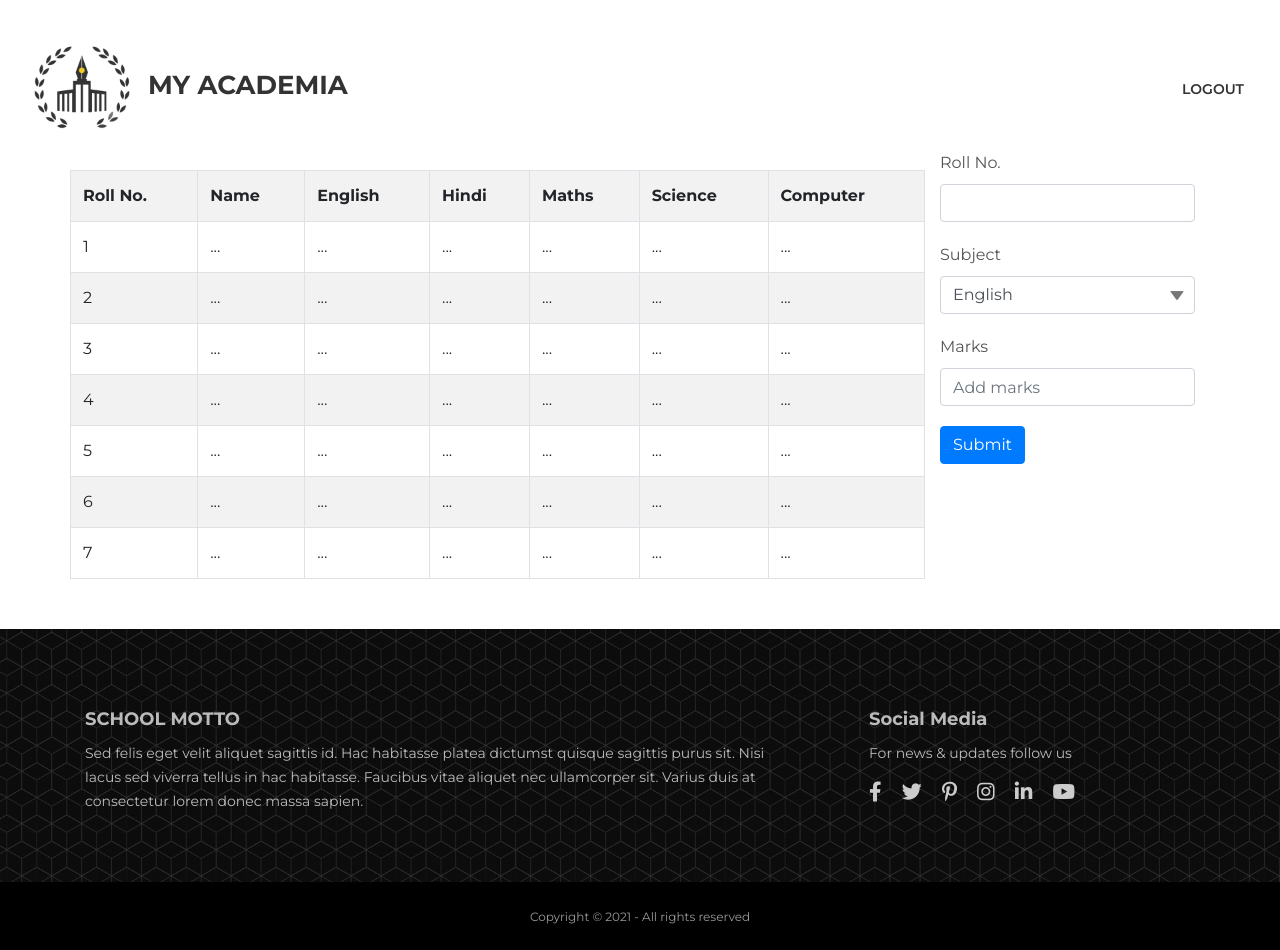
Repository: SaxenaAbhay/DBMS2023
Page: http://localhost/score
These files come from the project's save history. The page is drawn as it stood at one moment and after the next save; the edit follows.
The browser window is 1280 px wide. The pictures show the whole page.
The page is this project's Thymeleaf template; nobody is signed in. The template is opened directly, without the code that normally fills it, so the values that code supplies are empty.

Above is the page before, as saved 2023-10-21 14:46:55.

### school-managment-system/src/main/resources/templates/score.html
<!DOCTYPE html>
<html lang="en">
    <head>
        <meta charset="utf-8">
        <meta name="viewport" content="width=device-width, initial-scale=1, shrink-to-fit=no">

        <!-- SEO Meta Tags -->
        <meta name="description" content="My Academia">
        <meta name="keywords" content="school website, responsive">
        <meta name="author" content="Yashwini Bansal">

        <!-- Website Title -->
        <title>My Academia</title>

        <link href="https://fonts.googleapis.com/css?family=Montserrat:400,400i,600,700,700i&display=swap" rel="stylesheet">

        <link href="css/bootstrap.css" rel="stylesheet">
        <link href="css/fontawesome-all.css" rel="stylesheet">
        <link href="css/swiper.css" rel="stylesheet">
        <link href="css/styles.css" rel="stylesheet">

        <link rel="icon" href="images/logo2.jpg">

        <!-- Scripts -->
        <script src="js/jquery.min.js" defer></script>
        <script src="js/popper.min.js" defer></script>
        <script src="js/bootstrap.min.js" defer></script>
        <script src="js/jquery.easing.min.js" defer></script>
        <script src="js/swiper.min.js" defer></script>
        <script src="js/validator.min.js" defer></script>
        <script src="js/scripts.js" defer></script>
    </head>
    <body  data-spy="scroll"  data-target=".fixed-top">

        <!-- Preloader -->
        <div class="spinner-wrapper">
            <div class="spinner">
                <div class="bounce1"></div>
                <div class="bounce2"></div>
                <div class="bounce3"></div>
            </div>
        </div>
        <!-- end of preloader -->


        <!-- Navigation -->
        <nav class="navbar navbar-expand-lg navbar-dark navbar-custom fixed-top">

            <!-- Logo -->
            <a class="navbar-brand logo-image" href="./index.html"><img src="./images/logo.jpg"></a><h3>MY ACADEMIA</h3>

            <!-- Mobile Menu Toggle Button -->
            <button class="navbar-toggler" type="button" data-toggle="collapse" data-target="#navbarsExampleDefault" aria-controls="navbarsExampleDefault" aria-expanded="false" aria-label="Toggle navigation">
                <span class="navbar-toggler-awesome fas fa-bars"></span>
                <span class="navbar-toggler-awesome fas fa-times"></span>
            </button>
            <!-- end of mobile menu toggle button -->

            <div class="collapse navbar-collapse" id="navbarsExampleDefault">
                <ul class="navbar-nav ml-auto">
                    <!--<li class="nav-item">
                        <a class="nav-link page-scroll" href="./teachers.html">PROFILE</a>
                    </li>-->
                    <li class="nav-item">
                        <a class="nav-link page-scroll" href="#">LOGOUT</a>
                    </li>
                </ul>
            </div>
        </nav>

        <div class="container">
            <div class="row">
                <table class="table table-striped table-bordered table-hover table-condensed col-md-9">
                <tr>
                    <th>Roll No.</th>
                    <th>Name</th>
                    <th>English</th>
                    <th>Hindi</th>
                    <th>Maths</th>
                    <th>Science</th>
                    <th>Computer</th>
                </tr>
                <tr>
                    <td>1</td>
                    <td>...</td>
                    <td>...</td>
                    <td>...</td>
                    <td>...</td>
                    <td>...</td>
                    <td>...</td>
                </tr>
                <tr>
                    <td>2</td>
                    <td>...</td>
                    <td>...</td>
                    <td>...</td>
                    <td>...</td>
                    <td>...</td>
                    <td>...</td>
                </tr>
                <tr>
                    <td>3</td>
                    <td>...</td>
                    <td>...</td>
                    <td>...</td>
                    <td>...</td>
                    <td>...</td>
                    <td>...</td>
                </tr>
                <tr>
                    <td>4</td>
                    <td>...</td>
                    <td>...</td>
                    <td>...</td>
                    <td>...</td>
                    <td>...</td>
                    <td>...</td>
                </tr>
                <tr>
                    <td>5</td>
                    <td>...</td>
                    <td>...</td>
                    <td>...</td>
                    <td>...</td>
                    <td>...</td>
                    <td>...</td>
                </tr>
                <tr>
                    <td>6</td>
                    <td>...</td>
                    <td>...</td>
                    <td>...</td>
                    <td>...</td>
                    <td>...</td>
                    <td>...</td>
                </tr>
                <tr>
                    <td>7</td>
                    <td>...</td>
                    <td>...</td>
                    <td>...</td>
                    <td>...</td>
                    <td>...</td>
                    <td>...</td>
                </tr>
                </table>

                <form class="col-md-3 teach-form">
                    <div class="form-group">
                    <label>Roll No.</label>
                    <input type="text" class="form-control">
                    </div>

                    <div class="form-group">
                    <label>Subject</label>
                    <select class="form-control">
                        <option value="english">English</option>
                        <option value="hindi">Hindi</option>
                        <option value="maths">Maths</option>
                        <option value="science">Science</option>
                        <option value="computer">Computer</option>
                    </select>
                    </div>

                    <div class="form-group">
                        <label>Marks</label>
                        <input type="email" class="form-control" placeholder="Add marks">
                    </div>

                    <button type="submit" class="btn btn-default btn-primary">Submit</button>
                </form>
            </div>
          </div>

        <!-- Footer -->
        <div class="footer">
            <div class="container">
                <div class="row">
                    <div class="col-md-8">
                        <div class="footer-col first">
                            <h5>SCHOOL MOTTO</h5>
                            <p class="p-small">Sed felis eget velit aliquet sagittis id. Hac habitasse platea dictumst quisque sagittis purus sit. Nisi lacus sed viverra tellus in hac habitasse. Faucibus vitae aliquet nec ullamcorper sit. Varius duis at consectetur lorem donec massa sapien.</p>
                        </div>
                    </div> <!-- end of col -->
                    <div class="col-md-4">
                        <div class="footer-col fourth">
                            <h5>Social Media</h5>
                            <p class="p-small">For news & updates follow us</p>
                            <a href="#your-link">
                                <i class="fab fa-facebook-f"></i>
                            </a>
                            <a href="#your-link">
                                <i class="fab fa-twitter"></i>
                            </a>
                            <a href="#your-link">
                                <i class="fab fa-pinterest-p"></i>
                            </a>
                            <a href="#your-link">
                                <i class="fab fa-instagram"></i>
                            </a>
                            <a href="#your-link">
                                <i class="fab fa-linkedin-in"></i>
                            </a>
                            <a href="#your-link">
                                <i class="fab fa-youtube"></i>
                            </a>
                        </div>
                    </div> <!-- end of col -->
                </div> <!-- end of row -->
            </div> <!-- end of container -->
        </div> <!-- end of footer -->
        <!-- end of footer -->


        <!-- Copyright -->
        <div class="copyright">
            <div class="container">
                <div class="row">
                    <div class="col-lg-12">
                        <p class="p-small">Copyright © 2021 - All rights reserved</p>
                    </div> <!-- end of col -->
                </div> <!-- enf of row -->
            </div> <!-- end of container -->
        </div> <!-- end of copyright -->
        <!-- end of copyright -->
    </body>
</html>

Loaded but not shown: school-managment-system/src/main/resources/static/css/bootstrap.css (library); school-managment-system/src/main/resources/static/css/fontawesome-all.css (library); school-managment-system/src/main/resources/static/css/swiper.css (library); school-managment-system/src/main/resources/static/js/jquery.min.js (library); school-managment-system/src/main/resources/static/js/popper.min.js (library); school-managment-system/src/main/resources/static/js/bootstrap.min.js (library); school-managment-system/src/main/resources/static/js/jquery.easing.min.js (library); school-managment-system/src/main/resources/static/js/swiper.min.js (library); school-managment-system/src/main/resources/static/js/validator.min.js (library); school-managment-system/src/main/resources/static/js/scripts.js (177 lines, source omitted); school-managment-system/src/main/resources/static/css/styles.css (1735 lines, source omitted)

After the next save:
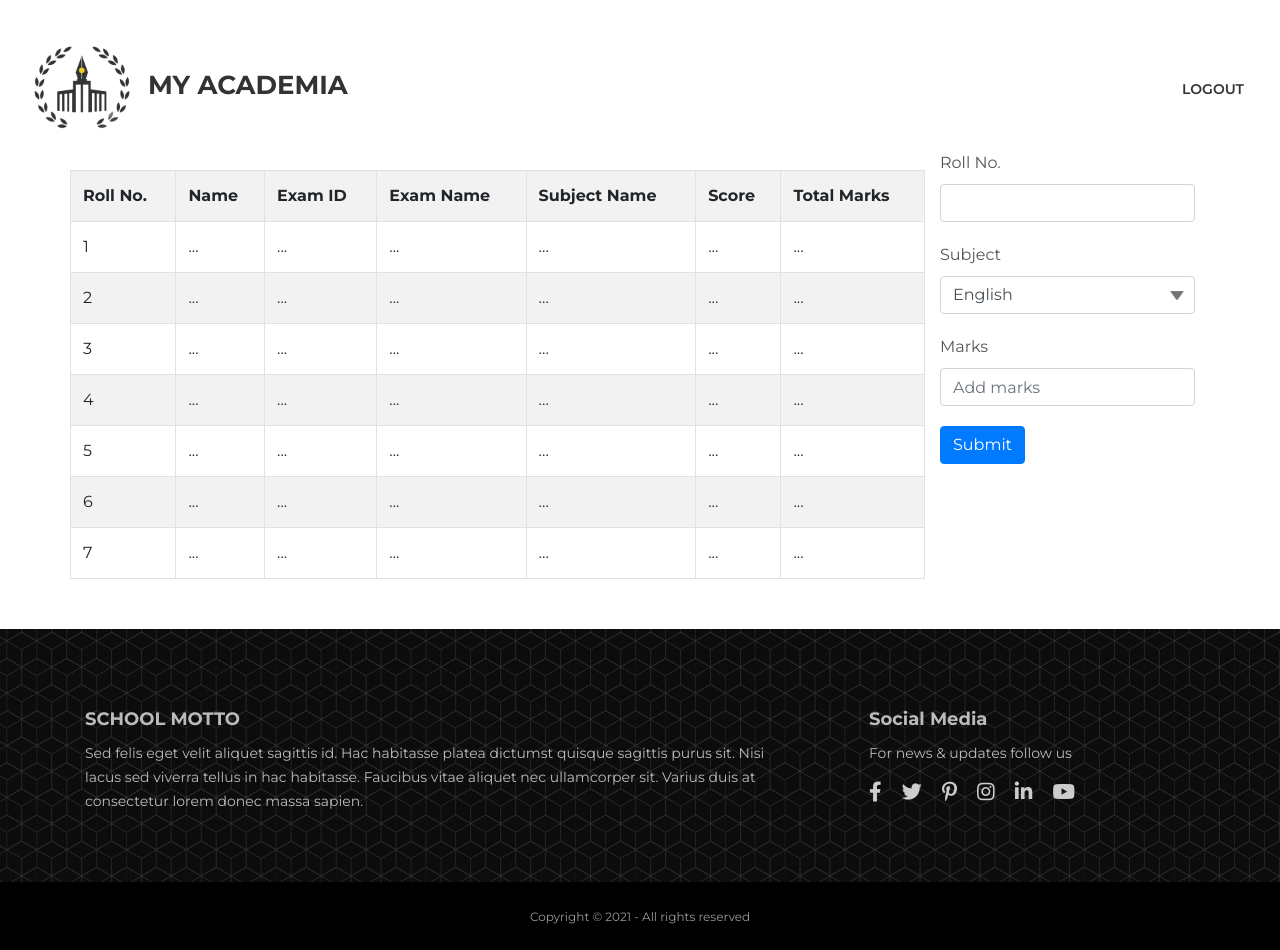
Saved 88 s later.
--- a/school-managment-system/src/main/resources/templates/score.html
+++ b/school-managment-system/src/main/resources/templates/score.html
@@ -74,11 +74,11 @@
                 <tr>
                     <th>Roll No.</th>
                     <th>Name</th>
-                    <th>English</th>
-                    <th>Hindi</th>
-                    <th>Maths</th>
-                    <th>Science</th>
-                    <th>Computer</th>
+                    <th>Exam ID</th>
+                    <th>Exam Name</th>
+                    <th>Subject Name</th>
+                    <th>Score</th>
+                    <th>Total Marks</th>
                 </tr>
                 <tr>
                     <td>1</td>
